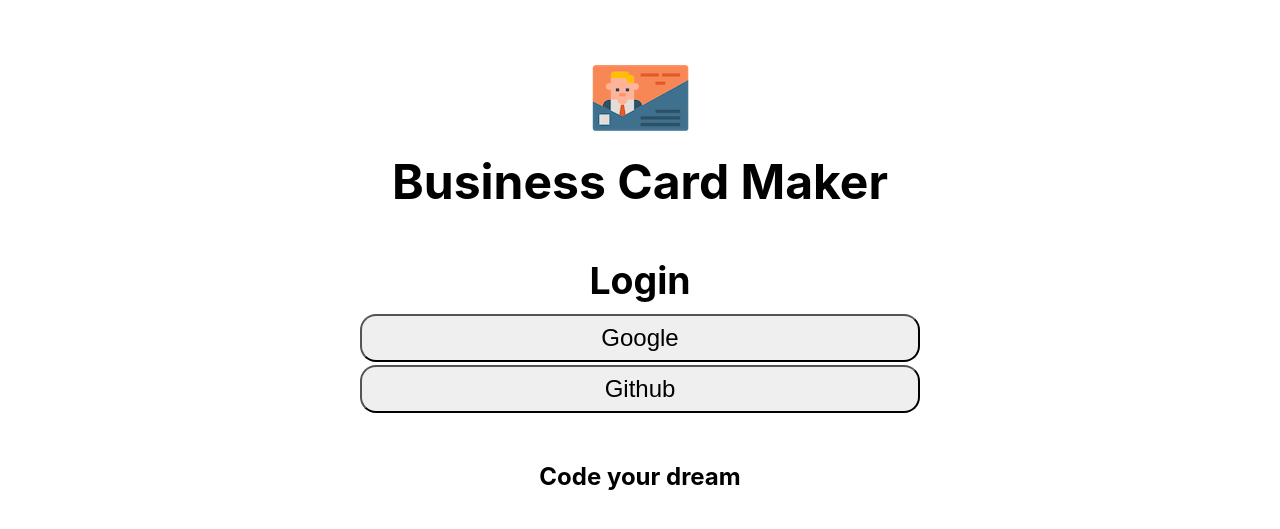
Repository: gomgomigom/firebase_practice_card_maker
Page: /
An editor plug-in stored every save of this project. The page is shown before and after the next save, followed by the edit.
The browser window is 1280 px wide. The pictures show the whole page.
The project was rebuilt for these pictures with package versions that can differ from the ones it lists, and the page was loaded fresh each time. Some packages were replaced by stand-ins written for this rebuild. Settings that the repository does not hold, such as keys and server addresses, were given made-up values.

Above is the page before, as saved 2022-01-21 14:06:30.

After the next save:
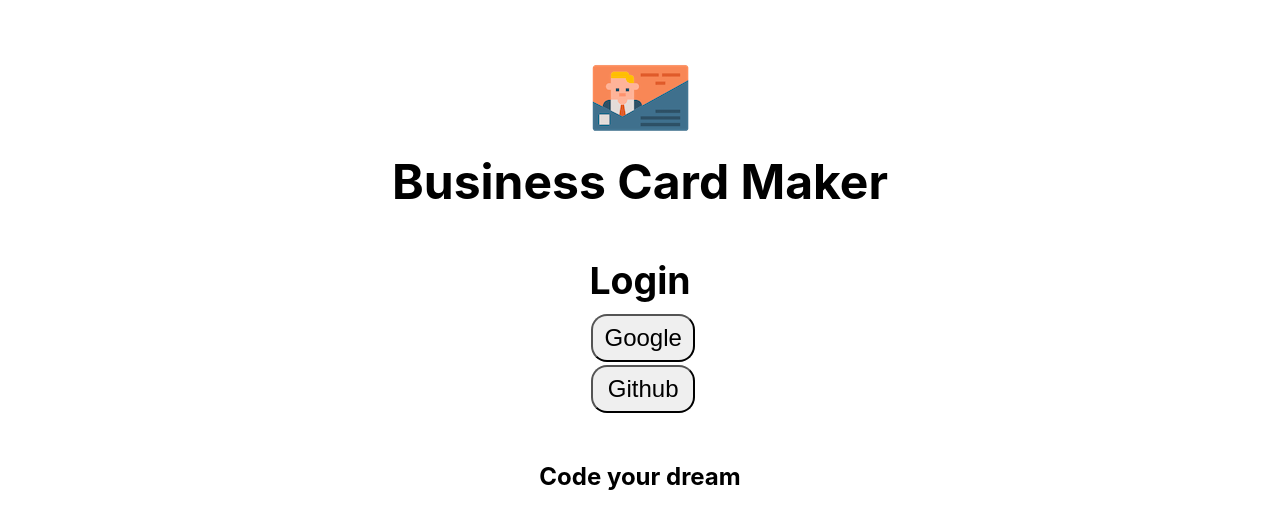
Saved 7 s later.
--- a/src/components/login/login.module.css
+++ b/src/components/login/login.module.css
@@ -39,7 +39,7 @@ ul {
   display: block;
   border: 2px solid makerGreen;
   border-radius: 1rem;
-  width: 35rem;
+  width: 100%;
   font-size: 1.5rem;
   padding: 0.5rem;
   margin: 0.2rem;
